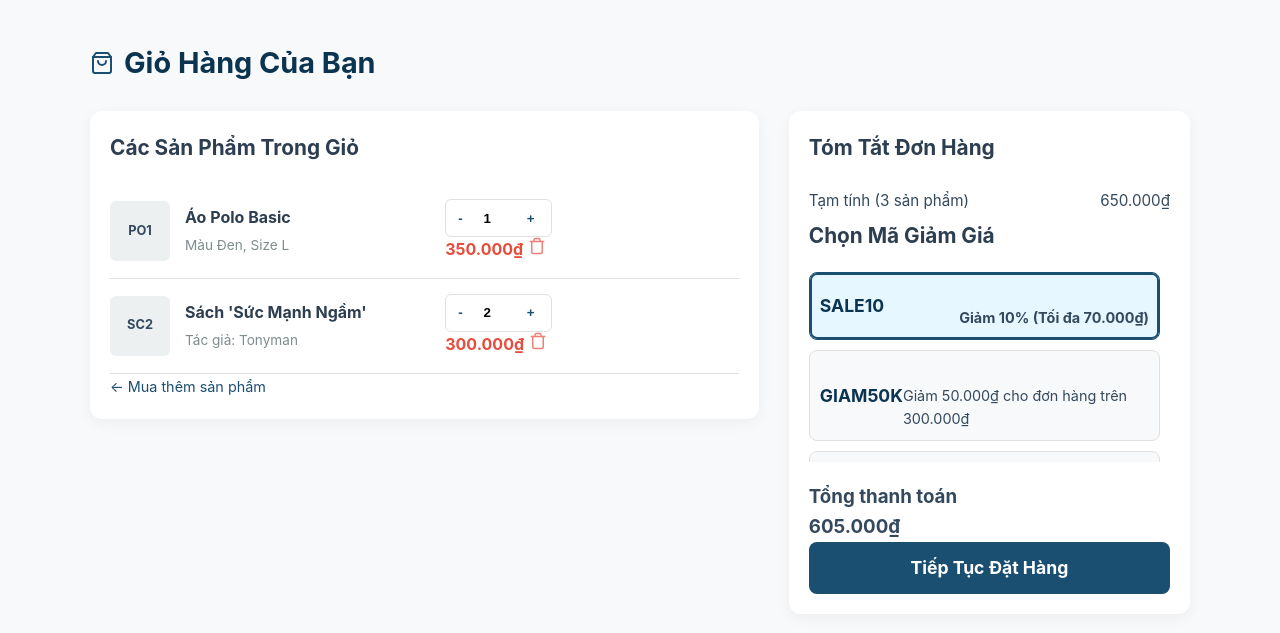
Repository: binhphanbp/ECMAScript_WEB501_WD20301
Page: Lab/Lab4/Lab444/cart.html
An editor plug-in stored every save of this project. The page is shown before and after the next save, followed by the edit.
The browser window is 1280 px wide. The pictures show the whole page.

Above is the page before, as saved 2025-09-30 10:06:28.

After the next save:
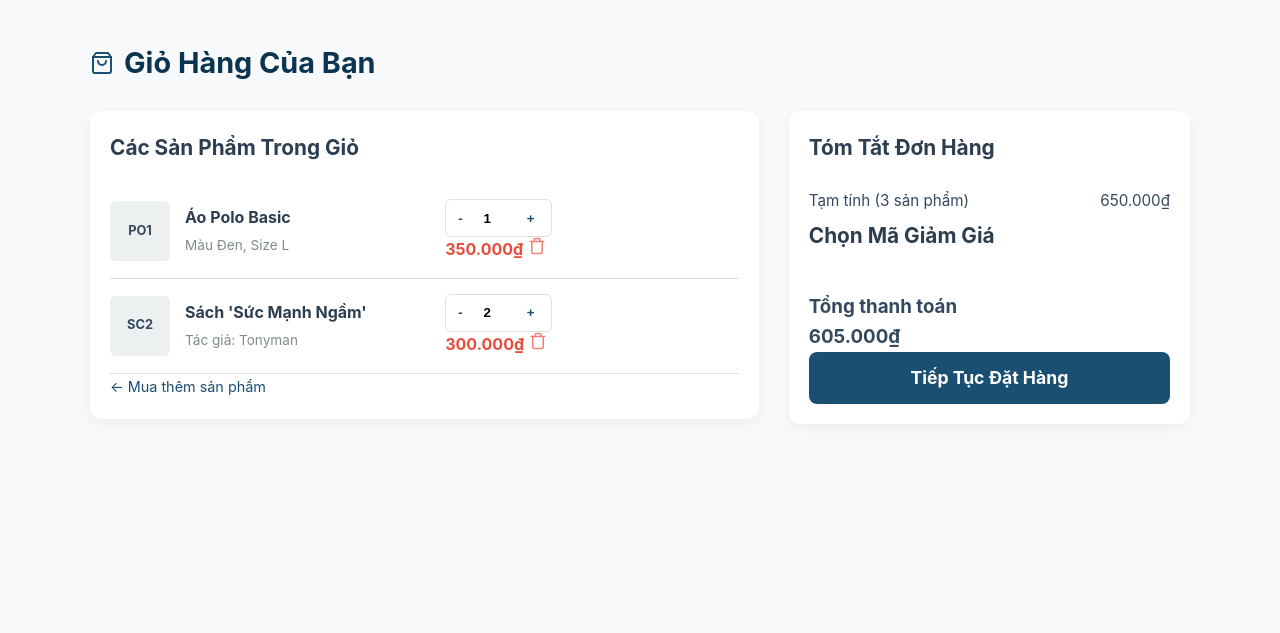
Saved 10 s later.
--- a/Lab/Lab4/Lab444/cart.html
+++ b/Lab/Lab4/Lab444/cart.html
@@ -51,31 +51,7 @@
           </div>
 
           <h2>Chọn Mã Giảm Giá</h2>
-          <div class="voucher-list">
-            <div
-              class="voucher-item active"
-              data-code="SALE10"
-              onclick="selectVoucher(this)"
-            >
-              <strong>SALE10</strong><br />Giảm 10% (Tối đa 70.000₫)
-            </div>
-            <div
-              class="voucher-item"
-              data-code="GIAM50K"
-              onclick="selectVoucher(this)"
-            >
-              <strong>GIAM50K</strong><br />Giảm 50.000₫ cho đơn hàng trên
-              300.000₫
-            </div>
-            <div
-              class="voucher-item"
-              data-code="FREESHIP"
-              onclick="selectVoucher(this)"
-            >
-              <strong>FREESHIP</strong><br />Miễn phí vận chuyển cho mọi đơn
-              hàng
-            </div>
-          </div>
+          <div class="voucher-list"></div>
 
           <div class="summary-total">
             <h3>Tổng thanh toán</h3>
